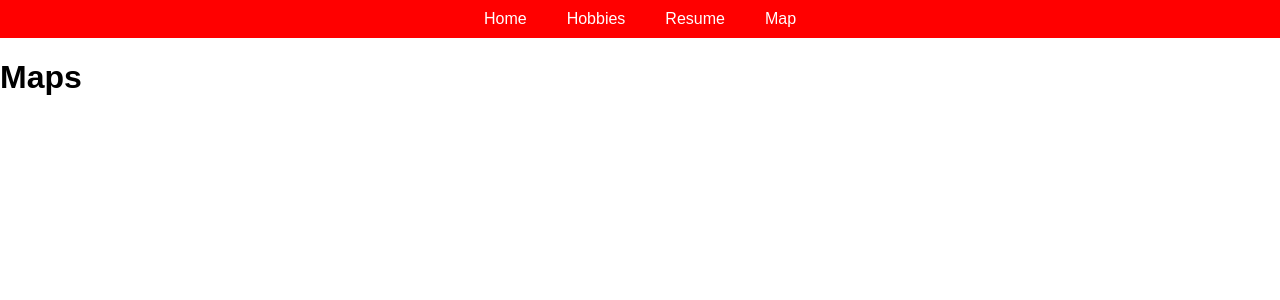
Repository: rishondass/ITMD361-Project3
Page: map.html
An editor plug-in stored every save of this project. The page is shown before and after the next save, followed by the edit.
The browser window is 1280 px wide. The pictures show the whole page.

Above is the page before, as saved 2023-04-28 15:02:18.

After the next save:
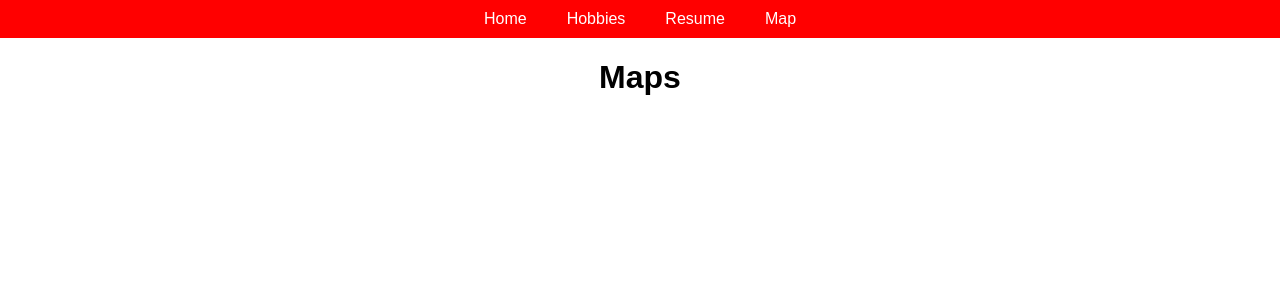
Saved 60 s later.
--- a/map.html
+++ b/map.html
@@ -28,7 +28,7 @@
     </nav>
   </div>
   <div>
-    <h1>
+    <h1 id="title">
       Maps
     </h1>
   </div>
